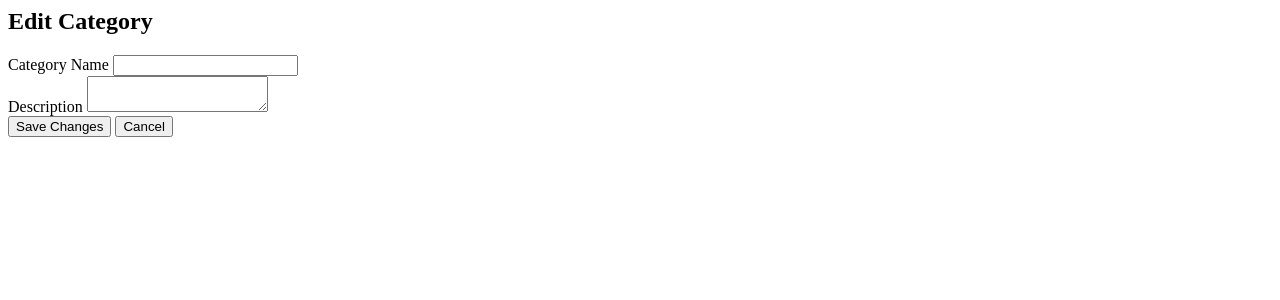
Repository: AdrianLeAsian/InventorySystem
Page: http://localhost/includes/edit_category_modal.php
The author's editor kept a copy of each file at every save. The page is drawn from the files as they stood at one save, then again after the next save.
The browser window is 1280 px wide. The pictures show the whole page.
The page is run by PHP 8.4 with error messages shown; the project is at /var/www/html/.

Above is the page before, as saved 2025-07-18 08:03:57.

After the next save:
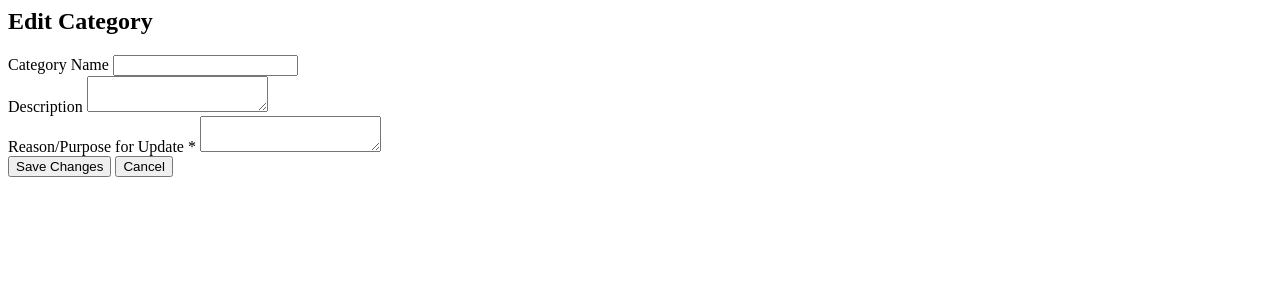
Saved 2 min 56 s later.
--- a/includes/edit_category_modal.php
+++ b/includes/edit_category_modal.php
@@ -16,6 +16,10 @@
                         <label class="form__label">Description</label>
                         <textarea name="category_description" id="edit_category_description" class="form__input"></textarea>
                     </div>
+                    <div class="form__group">
+                        <label class="form__label">Reason/Purpose for Update <span class="required-indicator">*</span></label>
+                        <textarea name="category_reason" id="edit_category_reason" class="form__input" required></textarea>
+                    </div>
                     <div class="d-flex justify-between mt-4">
                         <button type="submit" class="btn btn--primary">Save Changes</button>
                         <button type="button" class="btn btn--secondary cancel-modal-btn" data-modal-id="editCategoryModal">Cancel</button>
